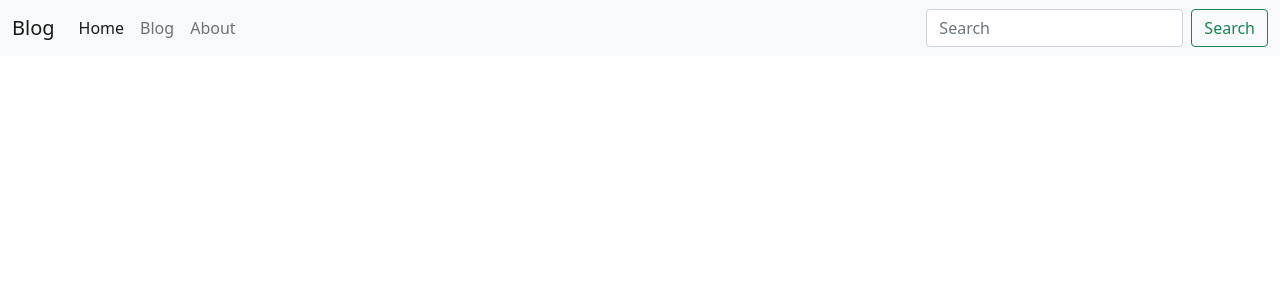
Repository: syni18/bootstrap_blog
Page: index.html
These files come from the project's save history. The page is drawn as it stood at one moment and after a run of saves; the edit follows.
The browser window is 1280 px wide. The pictures show the whole page.

Above is the page before, as saved 2023-10-25 20:35:00.

### index.html
<!DOCTYPE html>
<html lang="en">
<head>
    <meta charset="UTF-8">
    <meta name="viewport" content="width=device-width, initial-scale=1.0">
     <link href="https://cdn.jsdelivr.net/npm/bootstrap@5.0.2/dist/css/bootstrap.min.css" rel="stylesheet" integrity="sha384-EVSTQN3/azprG1Anm3QDgpJLIm9Nao0Yz1ztcQTwFspd3yD65VohhpuuCOmLASjC" crossorigin="anonymous">
    <script src="https://cdn.jsdelivr.net/npm/bootstrap@5.0.2/dist/js/bootstrap.bundle.min.js" integrity="sha384-MrcW6ZMFYlzcLA8Nl+NtUVF0sA7MsXsP1UyJoMp4YLEuNSfAP+JcXn/tWtIaxVXM" crossorigin="anonymous"></script>
    <title>Blogging</title>
</head>
<body>
    <nav class="navbar navbar-expand-lg navbar-light bg-light">
      <div class="container-fluid">
        <a class="navbar-brand" href="#">
          Blog
        </a>
        <button
          class="navbar-toggler"
          type="button"
          data-bs-toggle="collapse"
          data-bs-target="#navbarSupportedContent"
          aria-controls="navbarSupportedContent"
          aria-expanded="false"
          aria-label="Toggle navigation"
        >
          <span class="navbar-toggler-icon"></span>
        </button>
        <div class="collapse navbar-collapse" id="navbarSupportedContent">
          <ul class="navbar-nav me-auto mb-2 mb-lg-0">
            <li class="nav-item">
              <a class="nav-link active" aria-current="page" href="#">
                Home
              </a>
            </li>
            <li class="nav-item">
              <a class="nav-link" href="#">
                Blog
              </a>
            </li>
            <!-- <li class="nav-item dropdown">
              <a
                class="nav-link dropdown-toggle"
                href="#"
                id="navbarDropdown"
                role="button"
                data-bs-toggle="dropdown"
                aria-expanded="false"
              >
                Dropdown
              </a>
              <ul class="dropdown-menu" aria-labelledby="navbarDropdown">
                <li>
                  <a class="dropdown-item" href="#">
                    Action
                  </a>
                </li>
                <li>
                  <a class="dropdown-item" href="#">
                    Another action
                  </a>
                </li>
                <li>
                  <hr class="dropdown-divider" />
                </li>
                <li>
                  <a class="dropdown-item" href="#">
                    Something else here
                  </a>
                </li>
              </ul>
            </li> -->
            <li class="nav-item">
              <a class="nav-link" href="#">
                About
              </a>
            </li>
          </ul>
          <form class="d-flex">
            <input
              class="form-control me-2"
              type="search"
              placeholder="Search"
              aria-label="Search"
            />
            <button class="btn btn-outline-success" type="submit">
              Search
            </button>
          </form>
        </div>
      </div>
    </nav>
</body>
</html>

After the next 2 saves:
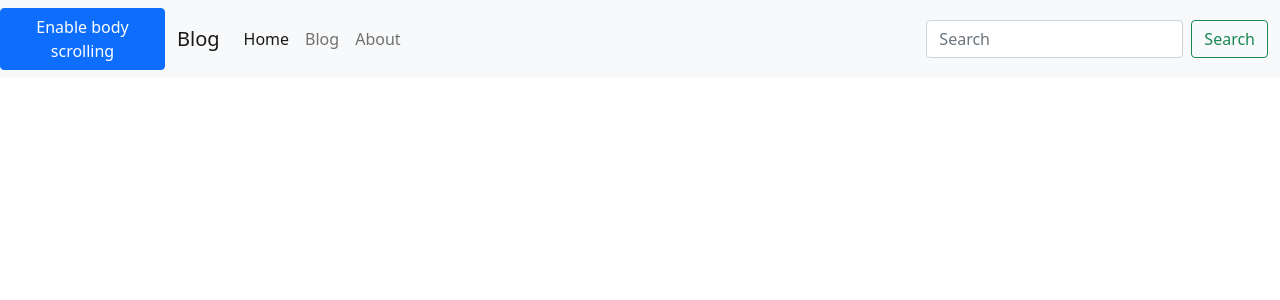
The 2 saves are shown as one change because they came seconds apart.
The last was saved 101 s later.
--- a/index.html
+++ b/index.html
@@ -9,6 +9,17 @@
 </head>
 <body>
     <nav class="navbar navbar-expand-lg navbar-light bg-light">
+        <button class="btn btn-primary" type="button" data-bs-toggle="offcanvas" data-bs-target="#offcanvasScrolling" aria-controls="offcanvasScrolling">Enable body scrolling</button>
+
+<div class="offcanvas offcanvas-start" data-bs-scroll="true" data-bs-backdrop="false" tabindex="-1" id="offcanvasScrolling" aria-labelledby="offcanvasScrollingLabel">
+  <div class="offcanvas-header">
+    <h5 class="offcanvas-title" id="offcanvasScrollingLabel">Offcanvas with body scrolling</h5>
+    <button type="button" class="btn-close" data-bs-dismiss="offcanvas" aria-label="Close"></button>
+  </div>
+  <div class="offcanvas-body">
+    <p>Try scrolling the rest of the page to see this option in action.</p>
+  </div>
+</div>
       <div class="container-fluid">
         <a class="navbar-brand" href="#">
           Blog
